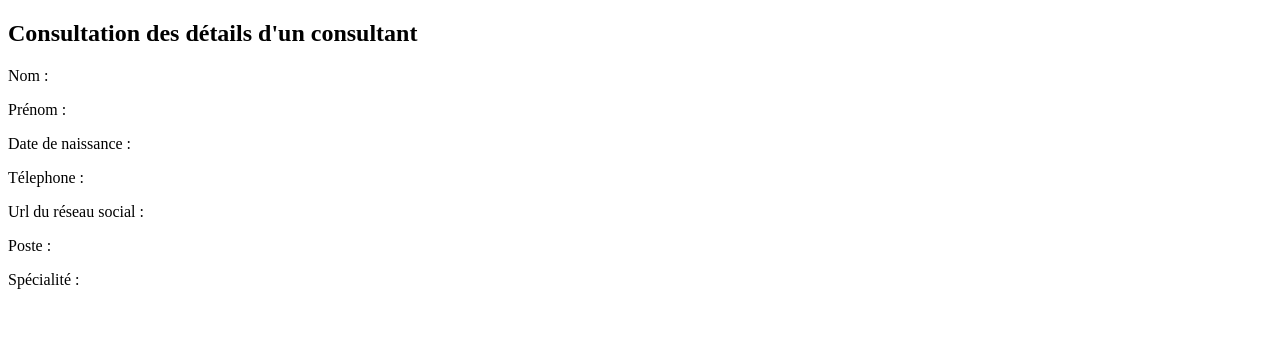
Repository: nadegekarim/Connexionbasejava
Page: http://localhost/TPConnectedIn/ContactServlet
These files come from the project's save history. The page is drawn as it stood at one moment and after the next save; the edit follows.
The browser window is 1280 px wide. The pictures show the whole page.
The page is served by Tomcat 10.

Above is the page before, as saved 2025-01-31 11:50:35.

After the next save:
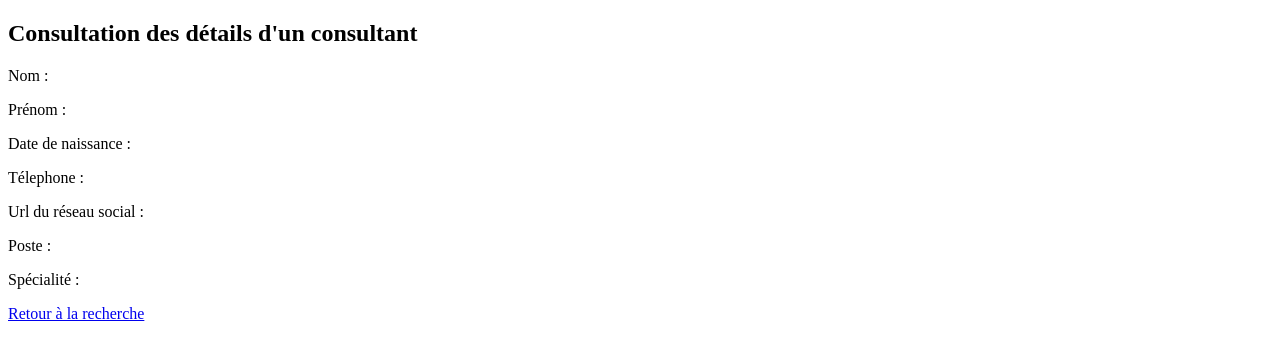
Saved 15 s later.
--- a/TPConnectedIn/src/main/webapp/WEB-INF/jsp/Contact.jsp
+++ b/TPConnectedIn/src/main/webapp/WEB-INF/jsp/Contact.jsp
@@ -7,7 +7,7 @@
 <title>Contact</title>
 </head>
 <body>
-  <h2>Consultation des détails d'un consultant</h2>
+ <h2>Consultation des détails d'un consultant</h2>
 <p> Nom : ${contact.nom}</p>
 <p> Prénom : ${contact.prenom}</p>
 <p> Date de naissance : ${contact.datenaissance}</p>
@@ -15,6 +15,6 @@
 <p> Url du réseau social : ${contact.url}</p>
 <p> Poste : ${contact.poste}</p>
 <p> Spécialité : ${contact.specialite}</p>
-
+<a href="index.jsp">Retour à la recherche</a>
 </body>
 </html>
